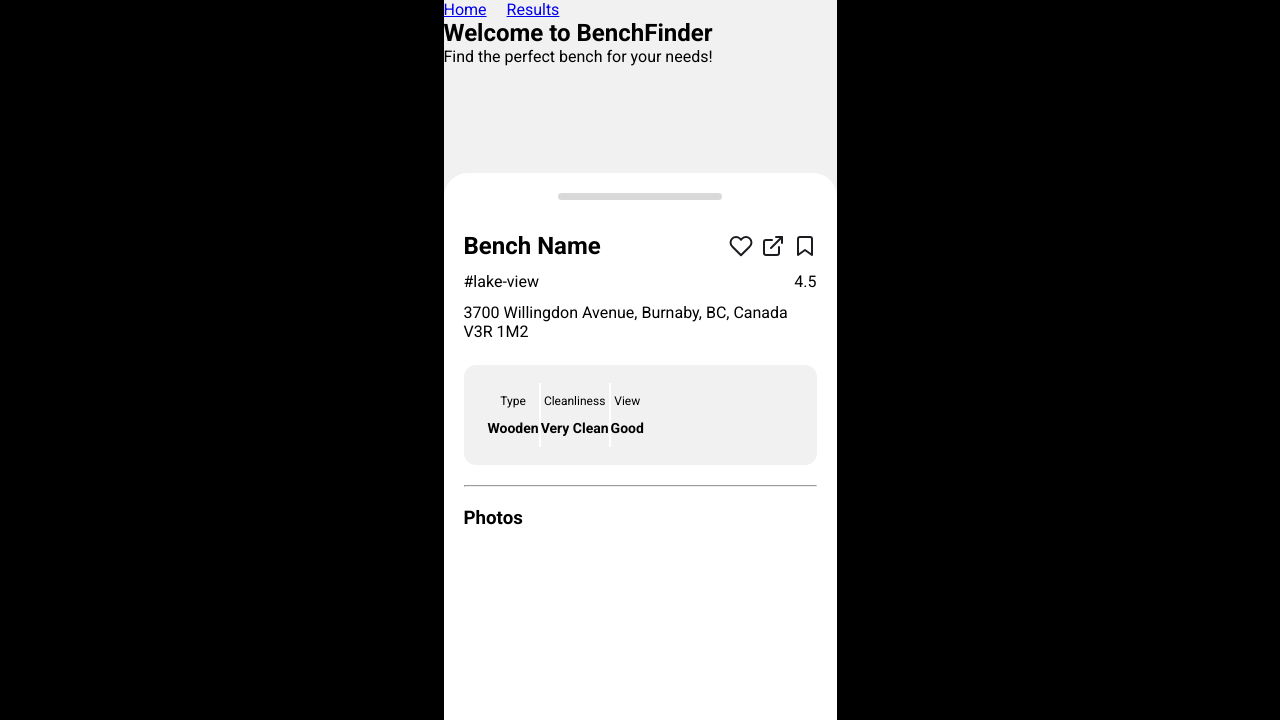
Repository: HidayatPatil/BenchFinder
Page: /
An editor plug-in stored every save of this project. The page is shown before and after the next save, followed by the edit.
The browser window is 1280 px wide. The pictures show the whole page.
The project was rebuilt for these pictures with package versions that can differ from the ones it lists, and the page was loaded fresh each time. Also part of the build but not shown: vite.config.js, src/Results.jsx.

Above is the page before, as saved 2025-10-09 21:44:33.

### index.html
<!doctype html>
<html lang="en">
  <head>
    <meta charset="UTF-8" />
    <link rel="icon" type="image/svg+xml" href="/vite.svg" />
    <meta name="viewport" content="width=device-width, initial-scale=1.0" />
    <title>benchfinder</title>
  </head>
  <body>
    <div id="root"></div>
    <script type="module" src="/src/main.jsx"></script>
  </body>
</html>

### src/index.css
@import url('https://fonts.googleapis.com/css2?family=Roboto:wght@400;700&display=swap');

/* Reset default margins and padding */
* {
    margin: 0;
    padding: 0;
    box-sizing: border-box;
}

body, html {
    width: 100%;
    height: 100%;
    overflow: hidden;
    background-color: black;
    display: flex;
    justify-content: center;
    align-items: center;
    font-family: 'Roboto', sans-serif;
}

#root {
    width: 393px;
    min-width: 320px;
    max-width: 425px;
    height: 100vh;
    background-color: rgb(0, 0, 0);
    position: relative;
}

.app_body {
    width: 393px;
    min-width: 320px;
    max-width: 425px;
    height: 100%;
    background-color: #F1F1F1;
    margin: 0 auto;
    position: relative;
}

.drawer_container {
    height: 547px;
    position: absolute;
    bottom: 0;
    padding: 0 20px;
    background-color: #FFFFFF;
    border-radius: 24px 24px 0 0;
}

.drawer_handle {
    width: 164px;
    height: 7px;
    border-radius: 100px;
    background-color: #D9D9D9;
    margin: 20px auto 32px auto;
}

.bench_data {
    display: flex;
    flex-direction: column;
    gap: 20px;
}

.bench_information {
    display: flex;
    flex-direction: column;
    gap: 24px;
}

.data_metadata {
    display: flex;
    flex-direction: column;
    gap: 12px;
}

.metadata_name_options {
    display: flex;
    justify-content: space-between;
    align-items: center;

    h2 {
        font-size: 24px;
        font-weight: 600;
    }

    .bench_metadata_options {
        display: flex;
        gap: 8px;
    }

    .option_icons {
        height: 24px;
        width: 24px;
        color: #1C1B1F;
    }
}

.metadata_tags_rating {
    display: flex;
    justify-content: space-between;
    align-items: center;
}

.data_bench_overview {
    display: flex;
    align-items: center;
    flex-basis: auto;
    background-color: #F1F1F1;
    padding: 16px 24px;
    text-align: center;
    height: 100px;
    border-radius: 12px;

    .bench_overview_container {
        display: flex;
        flex-direction: column;
        gap: 12px;
    }

    .overview_title {
        font-size: 12px;
        font-weight: 500;
    }

    .overview_content {
        font-size: 14px;
        font-weight: 600;
    }

    .box_data_seperators {
        background-color: white;
        height: 64px;
        width: 2px;
    }
}

### src/App.jsx
import { Routes, Route, Link } from 'react-router-dom'
import Result from './Results'
import Home from './Home'

export default function App(){
  return (
    <div className="app_body">
      {/* <h1 className="container">BenchFinder App</h1> */}
      <nav>
        <Link to="/" style={{ marginRight: '20px' }}>Home</Link>
        <Link to="/results">Results</Link>
      </nav>

      <Routes>
        <Route path="/" element={<Home />} />
        <Route path="/results" element={<Result />} />
      </Routes>
    </div>
  )
}

### src/Home.jsx
import ContentDrawer from "./components/contentDrawer"

export default function Home() {
  return (
    <div>
      <h2>Welcome to BenchFinder</h2>
      <p>Find the perfect bench for your needs!</p>
      <div className="google_maps">
        <img />
      </div>
      <ContentDrawer />
    </div>
  )
}

### src/components/contentDrawer.jsx
import { FiHeart } from "react-icons/fi";
import { FiExternalLink } from "react-icons/fi";
import { FiBookmark } from "react-icons/fi";
import { IconContext } from "react-icons";

export default function ContentDrawer() {
  return (
    <div className="drawer_container">
      <div className="drawer_handle"></div>
      <div className="bench_data"> {/* main container holding data */}
        <div className="bench_information">  {/* section above the line break */}
          <div className="data_metadata">
            <div className="metadata_name_options">
              <h2>Bench Name</h2>
              <div className="bench_metadata_options">
                <IconContext.Provider value={{ className: "option_icons" }}>
                  <FiHeart />
                  <FiExternalLink />
                  <FiBookmark />
                </IconContext.Provider>
              </div>
            </div>
            <div className="metadata_tags_rating">
              <div className="bench_tags">#lake-view</div>
              <div className="bench_rating">4.5</div>
            </div>
            <p className="metadata_address">
              3700 Willingdon Avenue, Burnaby, BC, Canada V3R 1M2
            </p>
          </div>
          <div className="data_bench_overview">
            <div className="bench_overview_container">
              <h4 className="overview_title">Type</h4>
              <p className="overview_content">Wooden</p>
            </div>
            <span className="box_data_seperators"/>
            <div className="bench_overview_container">
              <h4 className="overview_title">Cleanliness</h4>
              <p className="overview_content">Very Clean</p>
            </div>
            <span className="box_data_seperators"/>
            <div className="bench_overview_container">
              <h4 className="overview_title">View</h4>
              <p className="overview_content">Good</p>
            </div>
          </div>
        </div>
        <hr /> {/* line break */}
        <div className="bench_photos">
          <div className="photos_heading">
            <h3>Photos</h3>
            {/* <img "add plus icon" />  */}
          </div>
          <div className="photos_gallery">
            <div className="gallery_image"></div>
            <div className="gallery_image"></div>
            <div className="gallery_image"></div>
          </div>
        </div>
      </div>
    </div>
  );
}

Loaded but not shown: src/main.jsx (common file)

After the next save:
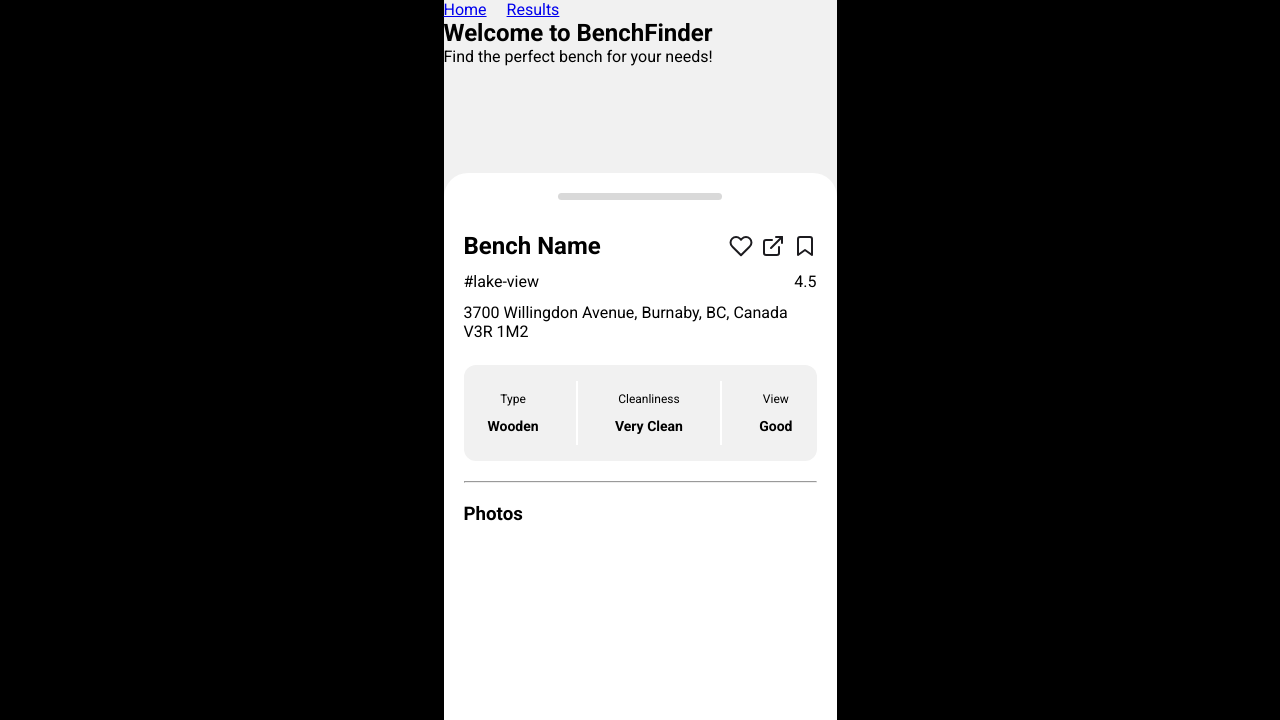
Saved 35 s later.
--- a/src/index.css
+++ b/src/index.css
@@ -102,8 +102,9 @@ body, html {
 
 .data_bench_overview {
     display: flex;
+    justify-content: space-between;
     align-items: center;
-    flex-basis: auto;
+    flex-basis: fit-content;
     background-color: #F1F1F1;
     padding: 16px 24px;
     text-align: center;
